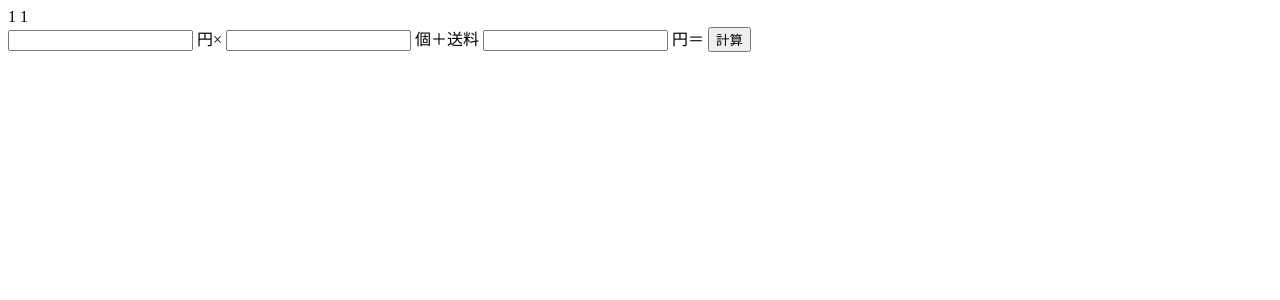
Repository: omochi2213/test
Page: http://localhost/HelloJSP/
The author's editor kept a copy of each file at every save. The page is drawn from the files as they stood at one save, then again after the next save.
The browser window is 1280 px wide. The pictures show the whole page.
The page is served by Tomcat 9.

Above is the page before, as saved 2018-08-27 01:24:44.

After the next save:
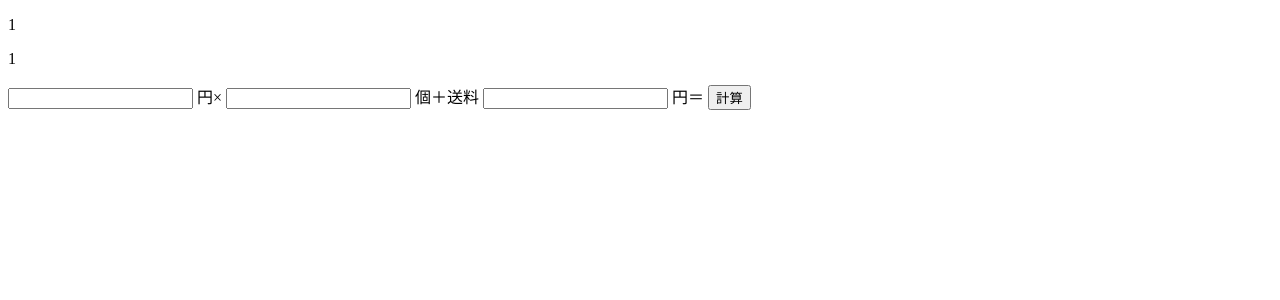
Saved 2 min 34 s later.
--- a/HelloJSP/WebContent/index.jsp
+++ b/HelloJSP/WebContent/index.jsp
@@ -13,8 +13,8 @@
 	countB++;
 
 	%>
-	<%=countA %>
-	<%=countB %>
+	<p><%=countA %></p>
+	<p><%=countB %></p>
 	<form method="post"action="total-out.jsp">
 	<input type="text"name="price">
 	円×
